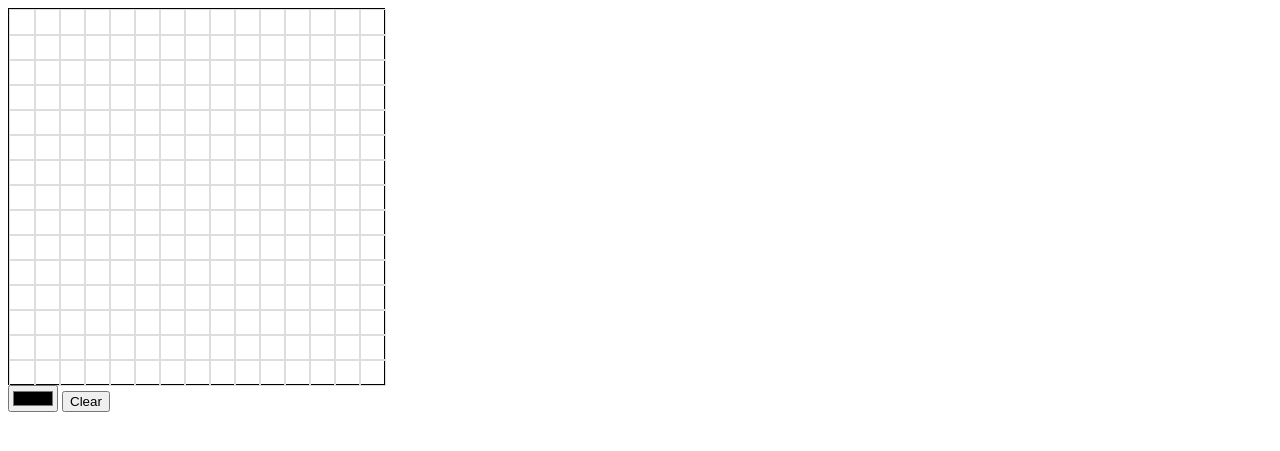
Repository: oldens/handwritten-digit-recognition
Page: index.html
An editor plug-in stored every save of this project. The page is shown before and after the next save, followed by the edit.
The browser window is 1280 px wide. The pictures show the whole page.

Above is the page before, as saved 2025-01-31 16:06:11.

After the next save:
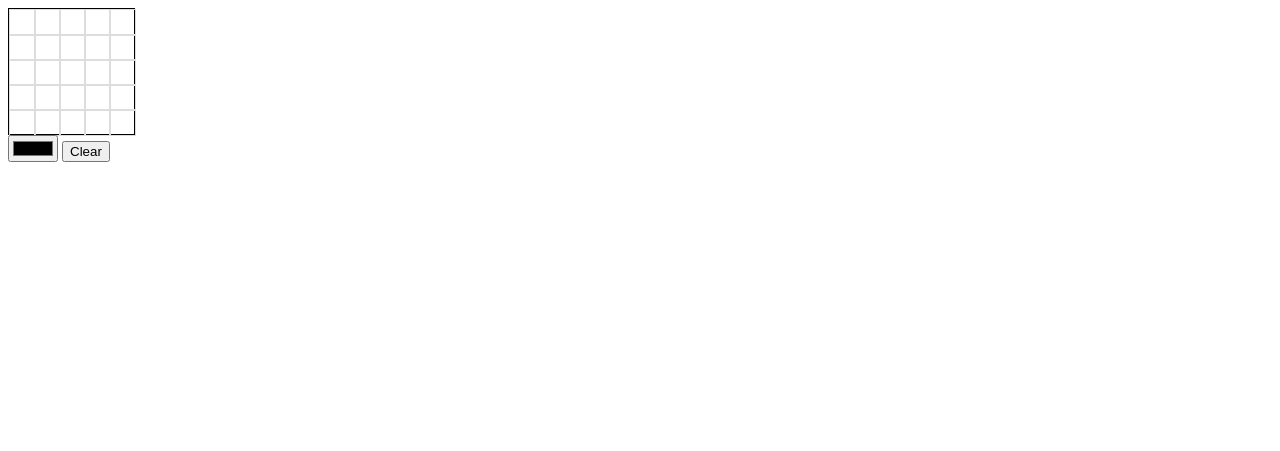
Saved 6 s later.
--- a/styles.css
+++ b/styles.css
@@ -1,5 +1,5 @@
 :root {
-    --grid-size: 15;
+    --grid-size: 5;
     --cell-size: 25px;
 }
 
